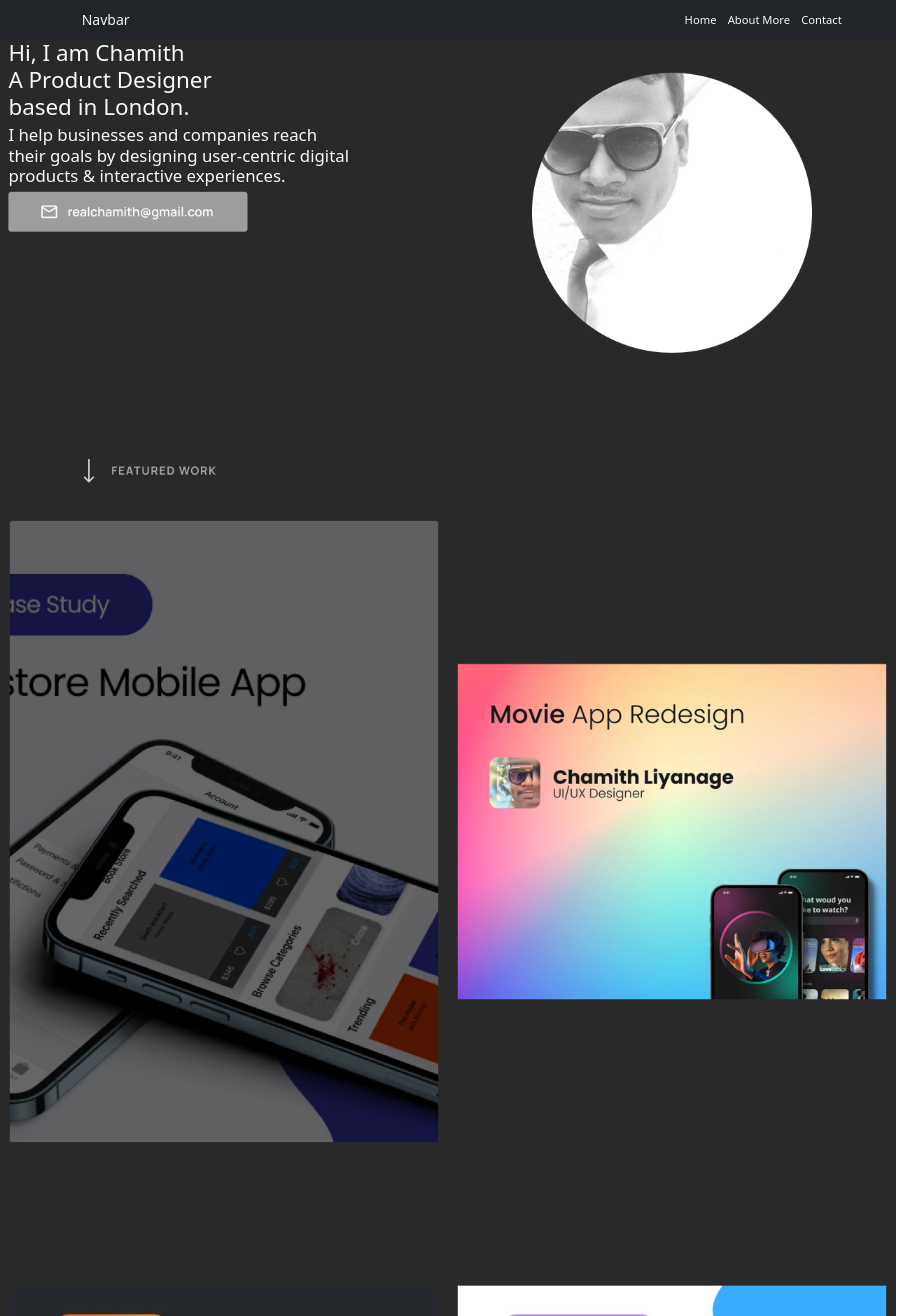
Repository: Realchamithweb/chamith-html
Page: index.html
The author's editor kept a copy of each file at every save. The page is drawn from the files as they stood at one save, then again after a run of saves.
The browser window is 1280 px wide. The page is 1292 px wide, so the pictures cover 1292 px, including what lies to the right of the window. The pictures show the part of the page from y = 0 to 1880 px (the page is 4129 px tall), at 70% of full size.

Above is the page before, as saved 2023-01-04 12:09:07.

### index.html
<!doctype html>
<html lang="en">
  <head>
    <!-- Required meta tags -->
    <meta charset="utf-8">
    <meta name="viewport" content="width=device-width, initial-scale=1">
    <link rel="stylesheet" href="/css/style.css">
    <!-- Bootstrap CSS -->
    <link href="https://cdn.jsdelivr.net/npm/bootstrap@5.0.2/dist/css/bootstrap.min.css" rel="stylesheet" integrity="sha384-EVSTQN3/azprG1Anm3QDgpJLIm9Nao0Yz1ztcQTwFspd3yD65VohhpuuCOmLASjC" crossorigin="anonymous">

    <title>Hello, world!</title>
  </head>
  <body>
    <div class="main">
            <div class="head">
                <nav class="navbar navbar-expand-lg navbar-light bg-dark">
                    <div class="container-fluid">
                        <div class="col-md-1"></div>
                    <a class="navbar-brand col-md-8 text-light" href="#">Navbar</a>
                    <button class="navbar-toggler" type="button" data-bs-toggle="collapse" data-bs-target="#navbarNavDropdown" aria-controls="navbarNavDropdown" aria-expanded="false" aria-label="Toggle navigation">
                        <span class="navbar-toggler-icon"></span>
                    </button>
                    <div class="collapse navbar-collapse" id="navbarNavDropdown">
                        <ul class="navbar-nav">
                        <li class="nav-item">
                            <a class="nav-link active text-light" aria-current="page" href="#">Home</a>
                        </li>
                        <li class="nav-item">
                            <a class="nav-link text-light" href="/about-more.html">About More</a>
                        </li>
                        <li class="nav-item">
                            <a class="nav-link text-light" href="/contact.html">Contact</a>
                        </li>
                        </ul>
                    </div>
                    </div>
                </nav>
            </div>

            <section>
            <div class="hero">
                <div class="container-fluid">
                    <div class="row">
                        <div class="col-lg-6 ">
                            <p class="hero-title text-light h2">Hi, I am Chamith<br>
                                A Product Designer<br>
                                based in London.
                            </p>
                            <p class="hero-text text-light h4">
                                I help businesses and companies reach <br>
                                their goals by designing user-centric digital <br>
                                products & interactive experiences.
                            </p>
                            <img src="/inc/Btn.png" class="img02">
                        </div>
                        <div class="col-lg-6 d-flex justify-content-center mb-5 mt-5">
                            <img src="/inc/unsplash_XHVpWcr5grQ.png"" class="img01">
                        </div>
                    </div>
                </div>
            </div>
            </section>
            <section>
            <div class="Featured-Work">
                <div class="container-fluid">
                    <div class="row mt-5">
                        <div class="col-lg-1  mb-5"></div>
                        <div class="col-lg-10  mb-5 mt-5">
                            <img src="/inc/Featured.png" class="img00">
                        </div>
                        <div class="col-lg-6 d-flex justify-content-center">
                            <img src="/inc/unsplash_mxPiMiz7KCo.png" class="img01">

                        </div>
                        <div class="col-lg-6 d-flex justify-content-center">
                            <img src="/inc/unsplash_g-pKprPg5yw.png" class="img02">
                        </div>
                    </div>
                </div>
                <div class="container-fluid">
                    <div class="row">
                        <div class="col-lg-6 d-flex justify-content-center">
                            <img src="/inc/unsplash_pqzRfBhd9r0.png" class="img01">
                        </div>
                        <div class="col-lg-6 d-flex justify-content-center">
                            <img src="/inc/unsplash_x-HpilsdKEk.png" class="img01">
                        </div>
                    </div>
                </div>
            </div>
            </section>
            <section>
                <div class="Visual-Explorations mb-5">
                    <div class="container-fluild">
                        <div class="row">
                            <div class="col-lg-12 d-flex justify-content-center text-light h1 mt-5 mb-5">Visual Explorations</div>
                            <div class="col-lg-4 d-flex justify-content-center">
                                <img src="/inc/unsplash_fd6K_OFlnRA.png" class="img01">
                            </div>
                            <div class="col-lg-4 d-flex justify-content-center">
                                <img src="/inc/unsplash_Glel-RswQqM.png" class="img01">
                            </div>
                            <div class="col-lg-4 d-flex justify-content-center">
                                <img src="/inc/unsplash_pPTw_RTkvXQ.png" class="img01">
                            </div>
                        </div>
                    </div>
                </div>
            </section>
            <section>
                <div class="Personal-Projects">
                    <div class="container-fluild">
                        <div class="row">
                            <div class="col-lg-12 d-flex justify-content-center text-light h1 mt-5">Personal Projects</div>
                            <div class="col-lg-4 d-flex justify-content-center">
                                <img src="/inc/Rectangle 4.png" class="img01">
                            </div>
                            <div class="col-lg-4 d-flex justify-content-center">
                                <img src="/inc/Rectangle 4-1.png" class="img01">
                            </div>
                            <div class="col-lg-4 d-flex justify-content-center">
                                <img src="/inc/Rectangle 4-2.png" class="img01">
                            </div>
                        </div>
                    </div>
                </div>
            </section>
            <section>
                <div class="contact-me">
                    <div class="container-fluild">
                        <div class="row">
                                <h2 class="text-light d-flex justify-content-center mb-5">Contact Me</h2>
                                <p class="text-light d-flex text-center justify-content-center h5 mb-5">If you are looking to hire a product designer,<br>
                                    I’m currently available for freelance work</p>
                                <div class="col-lg-12 d-flex justify-content-center mb-5">
                                    <img src="/inc/Btn.png" class="img02">
                                </div>
                        </div>
                    </div>
                </div>
            </section>
            <section>
                <div class="footer">
                    <div class="container-fluild">
                        <div class="row">
                            <hr class="text-light">
                            <div class="col-lg-4 text-center text-light mb-3">Made by Chamith — Copyright 2022</div>
                            <div class="col-lg-4 mb-3"></div>
                            <div class="col-lg-4 mb-3"><img src="/inc/Icons.png" class="img02"></div>
                        </div>
                    </div>
                </div>
            </section>

    </div>




    <!-- Optional JavaScript; choose one of the two! -->

    <!-- Option 1: Bootstrap Bundle with Popper -->
    <script src="https://cdn.jsdelivr.net/npm/bootstrap@5.0.2/dist/js/bootstrap.bundle.min.js" integrity="sha384-MrcW6ZMFYlzcLA8Nl+NtUVF0sA7MsXsP1UyJoMp4YLEuNSfAP+JcXn/tWtIaxVXM" crossorigin="anonymous"></script>

    <!-- Option 2: Separate Popper and Bootstrap JS -->
    <!--
    <script src="https://cdn.jsdelivr.net/npm/@popperjs/core@2.9.2/dist/umd/popper.min.js" integrity="sha384-IQsoLXl5PILFhosVNubq5LC7Qb9DXgDA9i+tQ8Zj3iwWAwPtgFTxbJ8NT4GN1R8p" crossorigin="anonymous"></script>
    <script src="https://cdn.jsdelivr.net/npm/bootstrap@5.0.2/dist/js/bootstrap.min.js" integrity="sha384-cVKIPhGWiC2Al4u+LWgxfKTRIcfu0JTxR+EQDz/bgldoEyl4H0zUF0QKbrJ0EcQF" crossorigin="anonymous"></script>
    -->
  </body>
</html>

### css/style.css
.main{
    background-color: #292929;
}

/*
.hero-title{
    position: absolute;
    width: 824px;
    height: 192px;
    left: 96px;
    top: 240px;

    font-family: 'Inter';
    font-style: normal;
    font-weight: 400;
    font-size: 54px;
    line-height: 64px;
    color: #000000;
}

.hero-text{
    position: absolute;
    width: 824px;
    height: 90px;
    left: 96px;
    top: 456px;

    font-family: 'Inter';
    font-style: normal;
    font-weight: 400;
    font-size: 20px;
    line-height: 30px;
    /* or 150% */
    /* color: #000000
}

.hero-btn{
    box-sizing: border-box;
    position: absolute;
    width: 341.57px;
    height: 57px;
    left: 96px;
    top: 634px;

    background: #FFFFFF;
    border: 1px solid #000000;
    border-radius: 4px;
}

.f-row{
    display: flex;
    flex-direction: row;
    justify-content: center;
    align-items: center;
    padding: 8px;
    gap: 32px;

    position: absolute;
    height: 48px;
    left: 96px;
    top: 836px;
}

.img00{
    display: flex;
    flex-direction: row;
    justify-content: center;
    align-items: center;
    padding: 8px;
    gap: 32px;

    position: absolute;
    width: 198px;
    height: 48px;
    left: 96px;
    top: 836px;

}

.img01{
    position: absolute;
    width: 612px;
    height: 888px;
    left: 96px;
    top: 964px;
    border-radius: 4px;
}

.img01:hover{
    background: linear-gradient(0deg, rgba(0, 0, 0, 0.6), rgba(0, 0, 0, 0.6)), url("/inc/Bookstore.png"), #292929;
}

.img02{
    position: absolute;
    width: 612px;
    height: 888px;
    left: 732px;
    top: 1102px;

    background: url(3ffea8135910975.Y3JvcCwxMDgwLDg0NCwwLDExNw.png), #292929;
    border-radius: 4px;
}  */

After the next 3 saves:
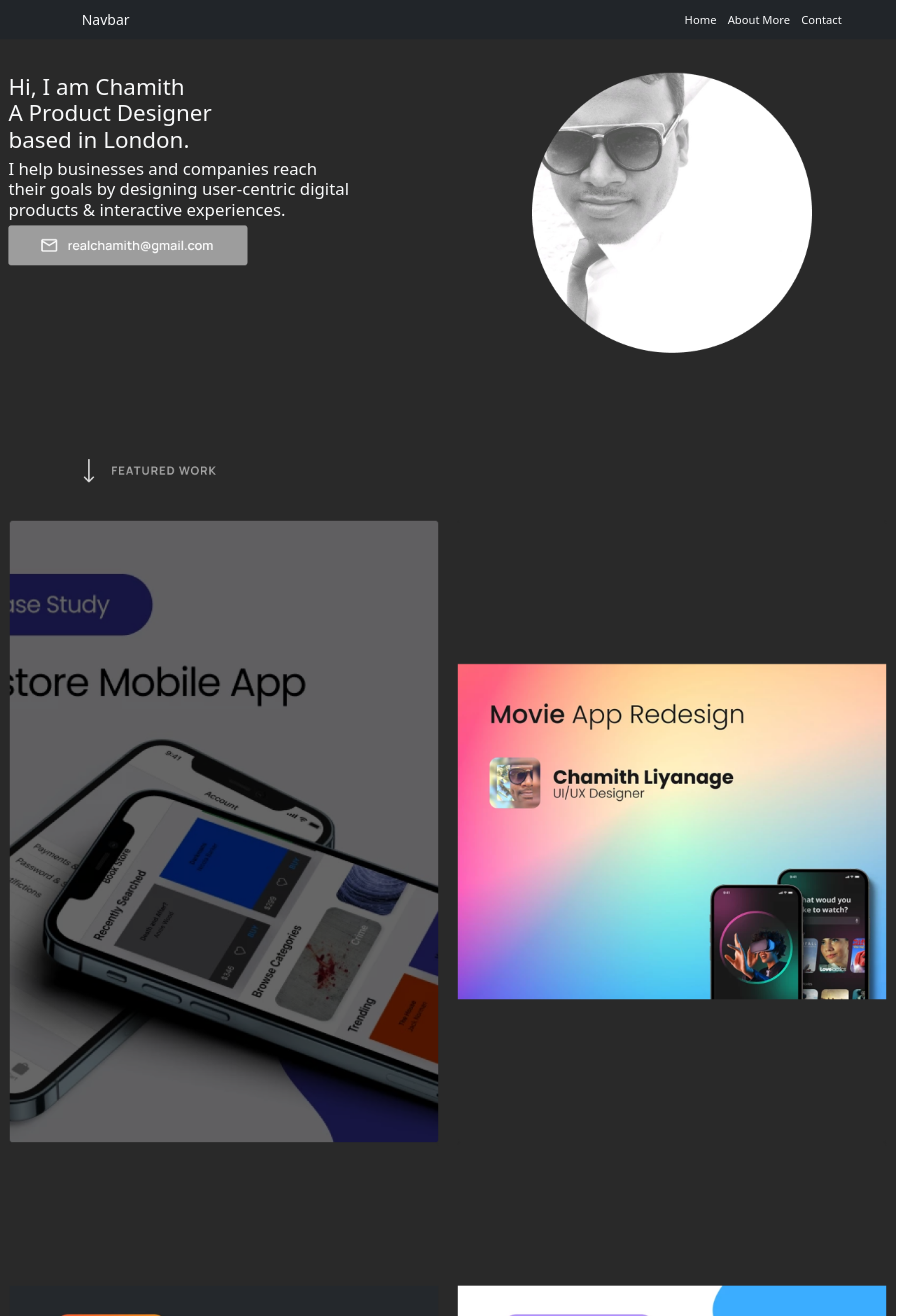
The 3 saves are shown as one change because they came seconds apart.
The last was saved 9 s later.
--- a/index.html
+++ b/index.html
@@ -42,7 +42,7 @@
                 <div class="container-fluid">
                     <div class="row">
                         <div class="col-lg-6 ">
-                            <p class="hero-title text-light h2">Hi, I am Chamith<br>
+                            <p class="hero-title text-light h2 mt-5">Hi, I am Chamith<br>
                                 A Product Designer<br>
                                 based in London.
                             </p>
